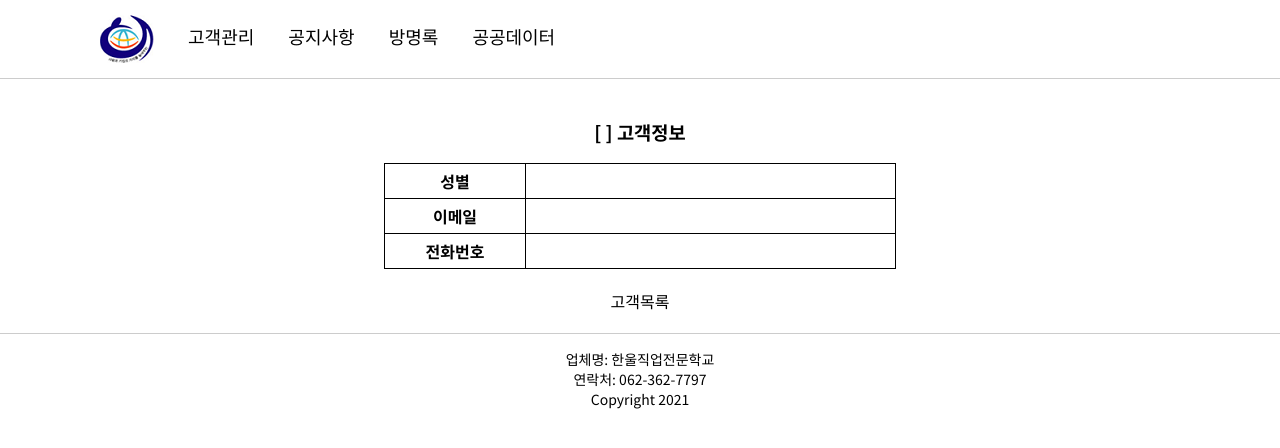
Repository: JSY93/spring-web
Page: http://localhost/iot/WEB-INF/views/customer/detail.jsp
These files come from the project's save history. The page is drawn as it stood at one moment and after the next save; the edit follows.
The browser window is 1280 px wide. The pictures show the whole page.
The page is served by Tomcat 9. Nobody is signed in. Other server files are loaded and not shown. The template is opened directly, without the code that normally fills it, so the values that code supplies are empty.

Above is the page before, as saved 2021-01-12 06:35:49.

### Study_Spring/iot/src/main/webapp/WEB-INF/views/customer/detail.jsp
<%@ page language="java" contentType="text/html; charset=UTF-8" pageEncoding="UTF-8"%>
<!DOCTYPE html>
<html>
<head>
<meta charset="UTF-8">
<title>Insert title here</title>
</head>
<body>
<jsp:include page="/WEB-INF/views/include/header.jsp"/>

<div id='content'>
<h3>[ ${vo.name} ] 고객정보</h3>
<table class='w-pct40'>
<tr><th class='w-px120'>성별</th>
	<td>${vo.gender}</td>
</tr>
<tr><th>이메일</th>
	<td>${vo.email}</td>
</tr>
<tr><th>전화번호</th>
	<td>${vo.phone}</td>
</tr>
</table>
<div class='btnSet'>
	<a>고객목록</a>
</div>

</div>

<jsp:include page="/WEB-INF/views/include/footer.jsp"/>
</body>
</html>

### Study_Spring/iot/src/main/webapp/WEB-INF/views/include/header.jsp
<%@ page language="java" contentType="text/html; charset=UTF-8"
    pageEncoding="UTF-8"%>
<%@ taglib prefix="c" uri="http://java.sun.com/jsp/jstl/core" %>
<link rel='stylesheet' type='text/css'
		href='css/common.css?v=<%=new java.util.Date().getTime() %>'>
<header style='border-bottom:1px solid #ccc; padding:15px 0; text-align:left'>
	<div class='category' style='margin-left:100px'>
	<ul>
		<li><a href='<c:url value="/" />'><img src='imgs/hanul.logo.png'/></a></li>
		<li><a class="${category eq 'cu' ? 'active' : ''}" href='list.cu'>고객관리</a></li>
		<li><a class="${category eq 'no' ? 'active' : ''}" href='list.no'>공지사항</a></li>
		<li><a class="${category eq 'bo' ? 'active' : ''}" href='list.bo'>방명록</a></li>
		<li><a class="${category eq 'da' ? 'active' : ''}" href='list.da'>공공데이터</a></li>
	</ul>
	</div>
</header>
<style>
header ul, header ul li {
	margin:0; padding:0; display:inline }
.category { font-size:18px }
.category li:not(:first-child) { padding-left:30px }
.category li a:hover,
.category li a.active { font-weight:bold; color:#0000cd; }
</style>

<script src='https://code.jquery.com/jquery-3.5.1.min.js'></script>

### Study_Spring/iot/src/main/webapp/WEB-INF/views/include/footer.jsp
<%@ page language="java" contentType="text/html; charset=UTF-8"
    pageEncoding="UTF-8"%>
<footer style='font-size:14px; border-top:1px solid #ccc; padding:15px 0;'>
	<div>업체명: 한울직업전문학교</div>
	<div>연락처: 062-362-7797</div>
	<div>Copyright 2021</div>
</footer>

### Study_Spring/iot/src/main/webapp/resources/css/common.css
@charset "UTF-8";
@import url('https://fonts.googleapis.com/css2?family=Noto+Sans+KR&display=swap');

body{
	margin:0 auto;
	text-align:center;
	font-family: 'Noto Sans KR', sans-serif;
}
a:link, a:visited { text-decoration:none; color:#000; }
#content{ padding:20px 0; min-width:1280px; }
img { vertical-align:middle; }

table {
	width:80%;
	margin:0 auto;
	border:1px solid;
	border-collapse:collapse;
}
table th, table td {
	border:1px solid;
	padding: 5px 10px;
}

.btnSet { margin-top:20px; }
a.btn-fill, a.btn-empty {
	text-align:center;
	padding: 3px 10px;
	border:1px solid #3367d6;
	border-radius:3px;
	box-shadow:2px 2px 3px #022d72;
}
a.btn-fill {
	background-color: #3367d6;
	color: #fff;
}
a.btn-empty {
	background-color: #fff;
	color: #3367d6;
}

input {
	height:22px; padding: 5px 10px;
	font-size:15px;
}
input[type=radio] {
	width:18px;  vertical-align:middle;
	margin:0 5px 3px;
}
table tr td label:not(:first-child) { margin-left:20px; }

.w-pct80 { width:80% }
.w-pct60 { width:60% }
.w-pct50 { width:50% }
.w-pct40 { width:40% }
.w-px300 { width:300px; }
.w-px200 { width:200px; }
.w-px100 { width:100px; }
.w-px80 { width:80px; }
.w-px60 { width:60px; }
.w-px40 { width:40px; }
.w-px180 { width:180px; }
.w-px160 { width:160px; }
.w-px140 { width:140px; }
.w-px120 { width:120px; }

After the next save:
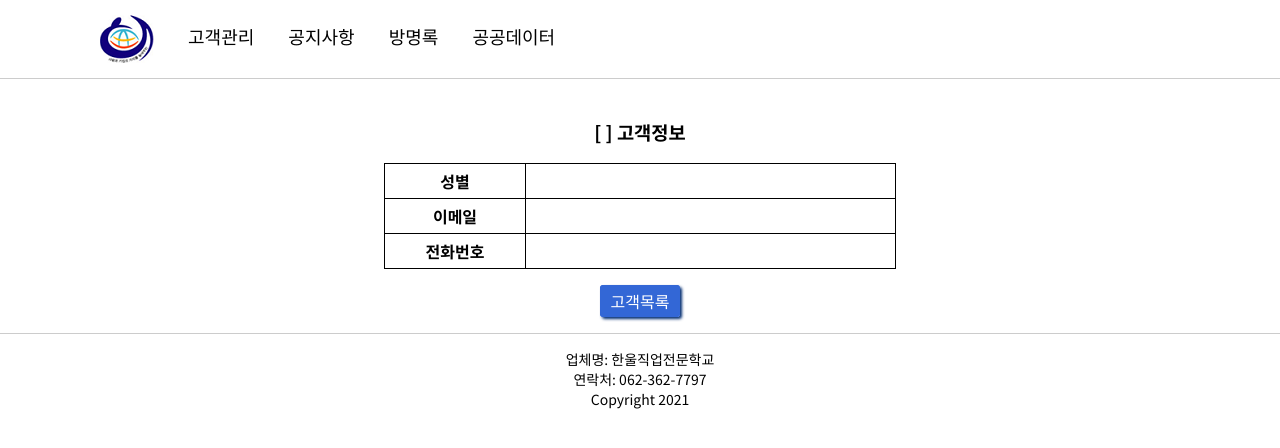
Saved 9 s later.
--- a/Study_Spring/iot/src/main/webapp/WEB-INF/views/customer/detail.jsp
+++ b/Study_Spring/iot/src/main/webapp/WEB-INF/views/customer/detail.jsp
@@ -22,7 +22,7 @@
 </tr>
 </table>
 <div class='btnSet'>
-	<a>고객목록</a>
+	<a class='btn-fill'>고객목록</a>
 </div>
 
 </div>
